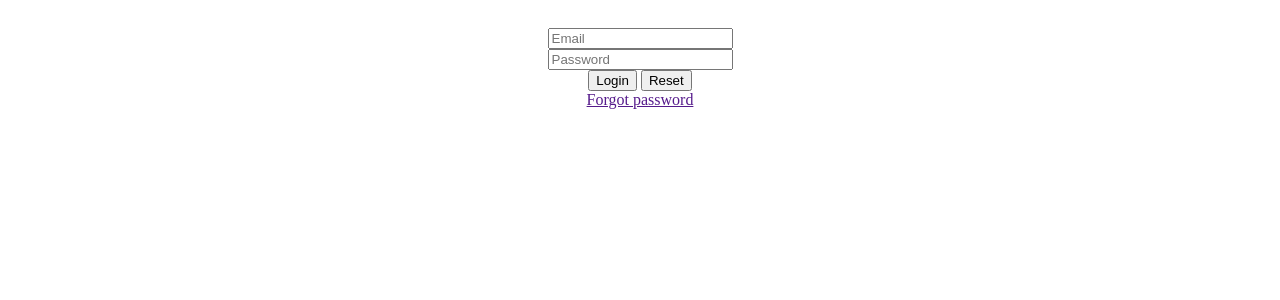
Repository: Indurupi/FriendZone
Page: FriendZoneFrontEnd/WebContent/js/service/login.html
The author's editor kept a copy of each file at every save. The page is drawn from the files as they stood at one save, then again after the next save.
The browser window is 1280 px wide. The pictures show the whole page.

Above is the page before, as saved 2017-03-20 09:16:14.

After the next save:
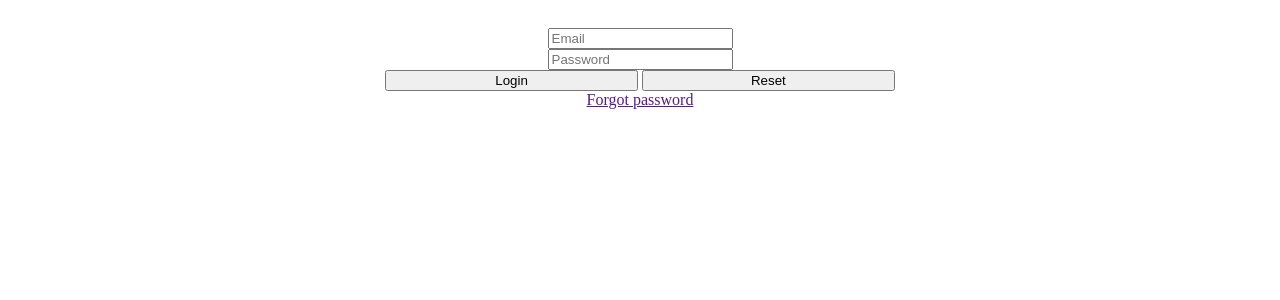
Saved 34 s later.
--- a/FriendZoneFrontEnd/WebContent/js/service/login.html
+++ b/FriendZoneFrontEnd/WebContent/js/service/login.html
@@ -22,8 +22,8 @@
 										</div>
 
 
-										<button class="btn" id="custom-button" type="submit">Login</button>
-										<button class="btn" id="custom-button" type="reset">Reset</button>
+										<button class="btn" id="custom-button" style="width: 20%" type="submit">Login</button>
+										<button class="btn" id="custom-button" style="width: 20%" type="reset">Reset</button>
 										<br> <a href="">Forgot password</a>
 									</form>
 								</div>
